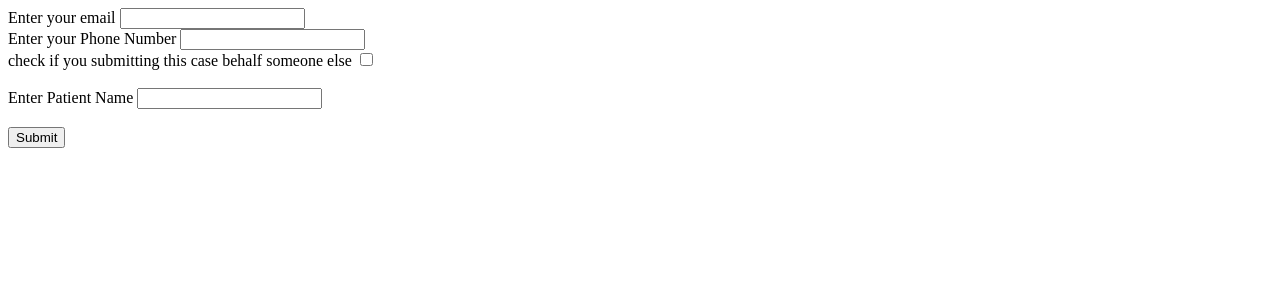
Repository: OmarAl-Saleh/Hospital-Emergency-System
Page: http://localhost/EmergencySystem/patient/sign-in.jsp
An editor plug-in stored every save of this project. The page is shown before and after the next save, followed by the edit.
The browser window is 1280 px wide. The pictures show the whole page.
The page is served by Tomcat 9. Other server files are loaded and not shown.

Above is the page before, as saved 2024-05-22 09:55:24.

### EmergencySystem/EmergencySystem/src/main/webapp/patient/sign-in.jsp
<%@ page language="java" contentType="text/html; charset=ISO-8859-1"
    pageEncoding="ISO-8859-1"%>
<!DOCTYPE html>
<html>
<head>
<meta charset="ISO-8859-1">
<title>Patient sign in page</title>
</head>
<body>
<form action="patient" method="get">
<label>Enter your email</label>
<input type="email" name="email" required/>
<br>
<label>Enter your Phone Number</label>
<input type="tel" name="phoneNumber" required/>
<br>
<label>check if you submitting this case behalf someone else</label>
<input type="checkbox" name="sub_patient" />
<div>
<br>
<label>Enter Patient Name</label>
<input type="text" name="sub_patient_name"/>

</div>
<br>
<input type="submit" value="Submit" />

</form>
</body>
</html>

After the next save:
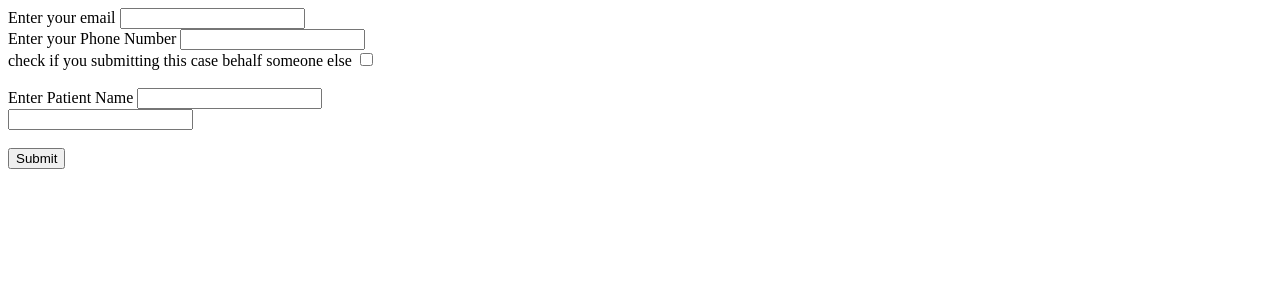
Saved 32 s later.
--- a/EmergencySystem/EmergencySystem/src/main/webapp/patient/sign-in.jsp
+++ b/EmergencySystem/EmergencySystem/src/main/webapp/patient/sign-in.jsp
@@ -20,7 +20,9 @@
 <br>
 <label>Enter Patient Name</label>
 <input type="text" name="sub_patient_name"/>
+<br>
 
+<input type="text" name="sub_patient_relation"/>
 </div>
 <br>
 <input type="submit" value="Submit" />
